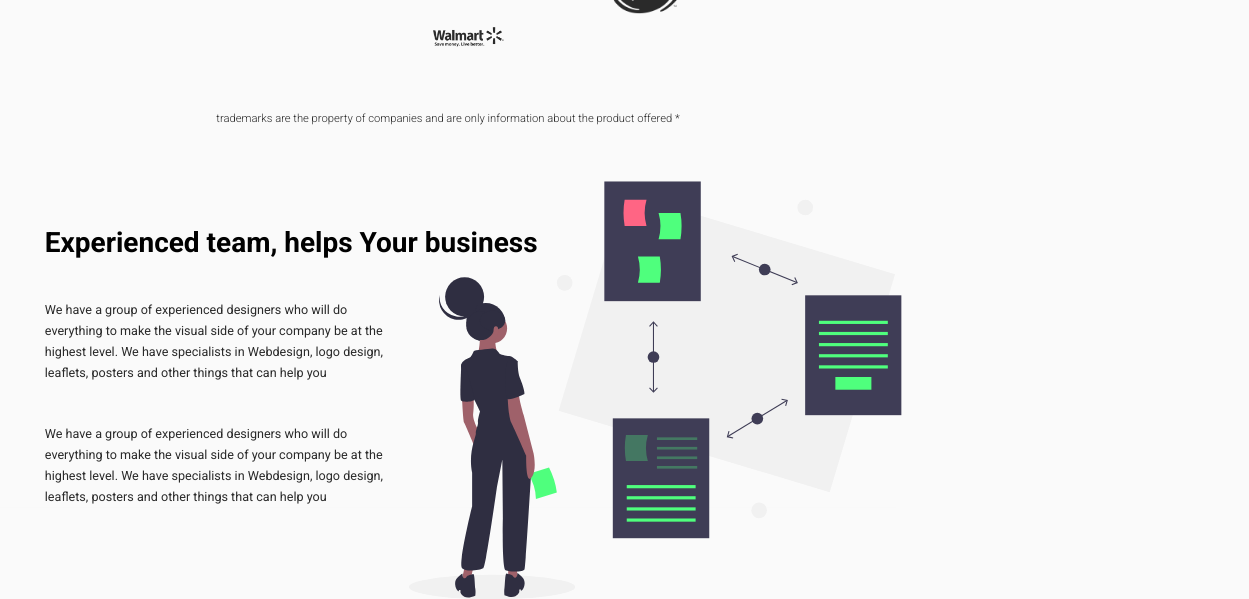
Repository: BaczkiewiczDawid/WorkER
Page: index.html
An editor plug-in stored every save of this project. The page is shown before and after the next save, followed by the edit.
The browser window is 1280 px wide. The page is 1288 px wide, then 1784 px, so the pictures cover 1784 px, including what lies to the right of the window. The pictures show the part of the page from y = 1020 to 2380 px (the page is 1876 px tall before and 2380 px after), at 70% of full size.
The style sheet was rebuilt from its Sass, Less or Tailwind sources for each picture, by a compiler version that may differ from the author's.

Above is the page before, as saved 2020-04-24 12:09:53.

After the next save:
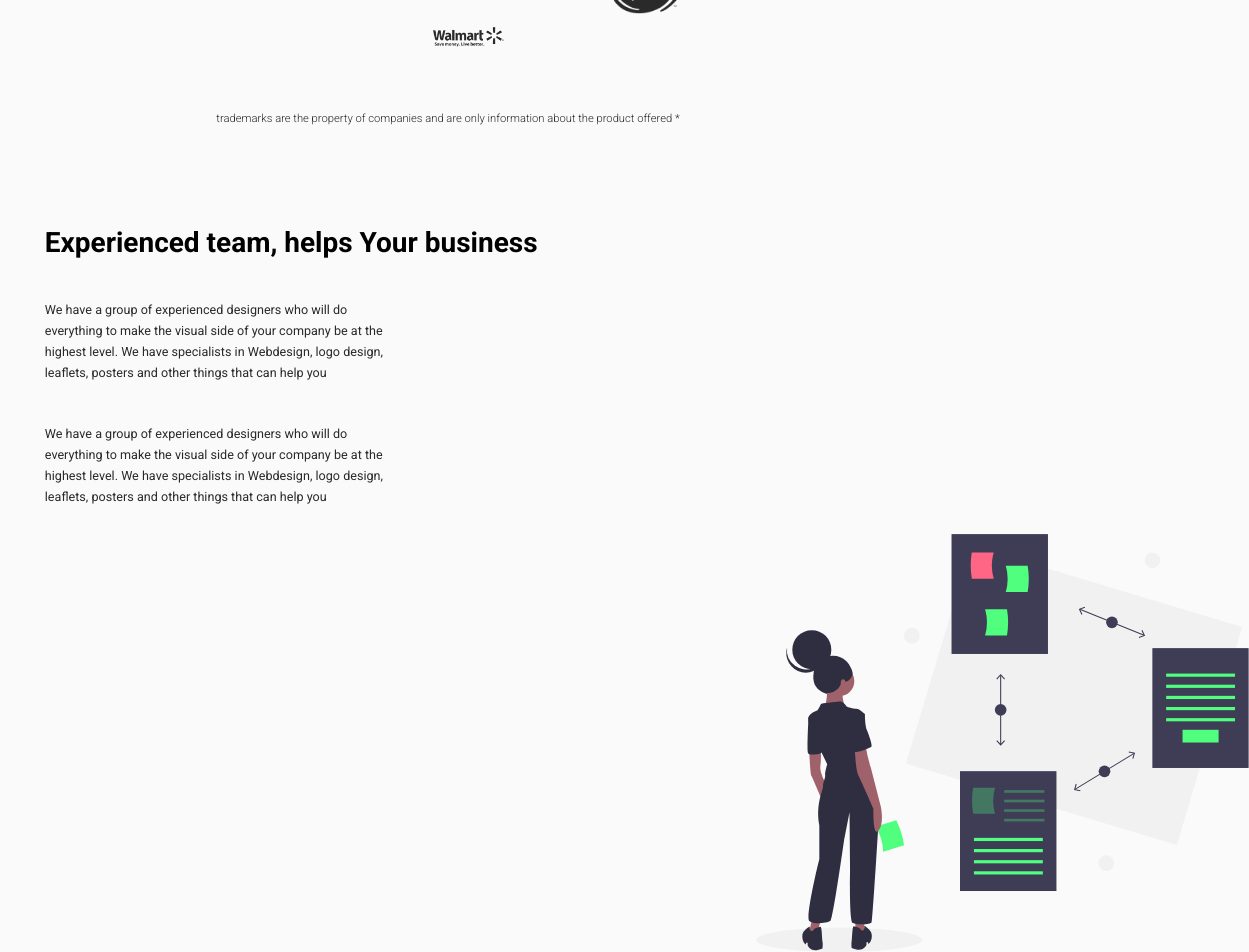
Saved 9 s later.
--- a/styles/style.scss
+++ b/styles/style.scss
@@ -413,8 +413,10 @@
     .article__paragraph-one, .article__paragraph-two {
         font-size: 18px;
     }
-    .article__image {
-        margin-left: 27.5rem;
-        margin-top: 30vh;
-    }
-}
+    .article__container {
+        .article__image {
+            margin-left: 27.5rem;
+            margin-top: 30vh;
+        }
+    }
+}
